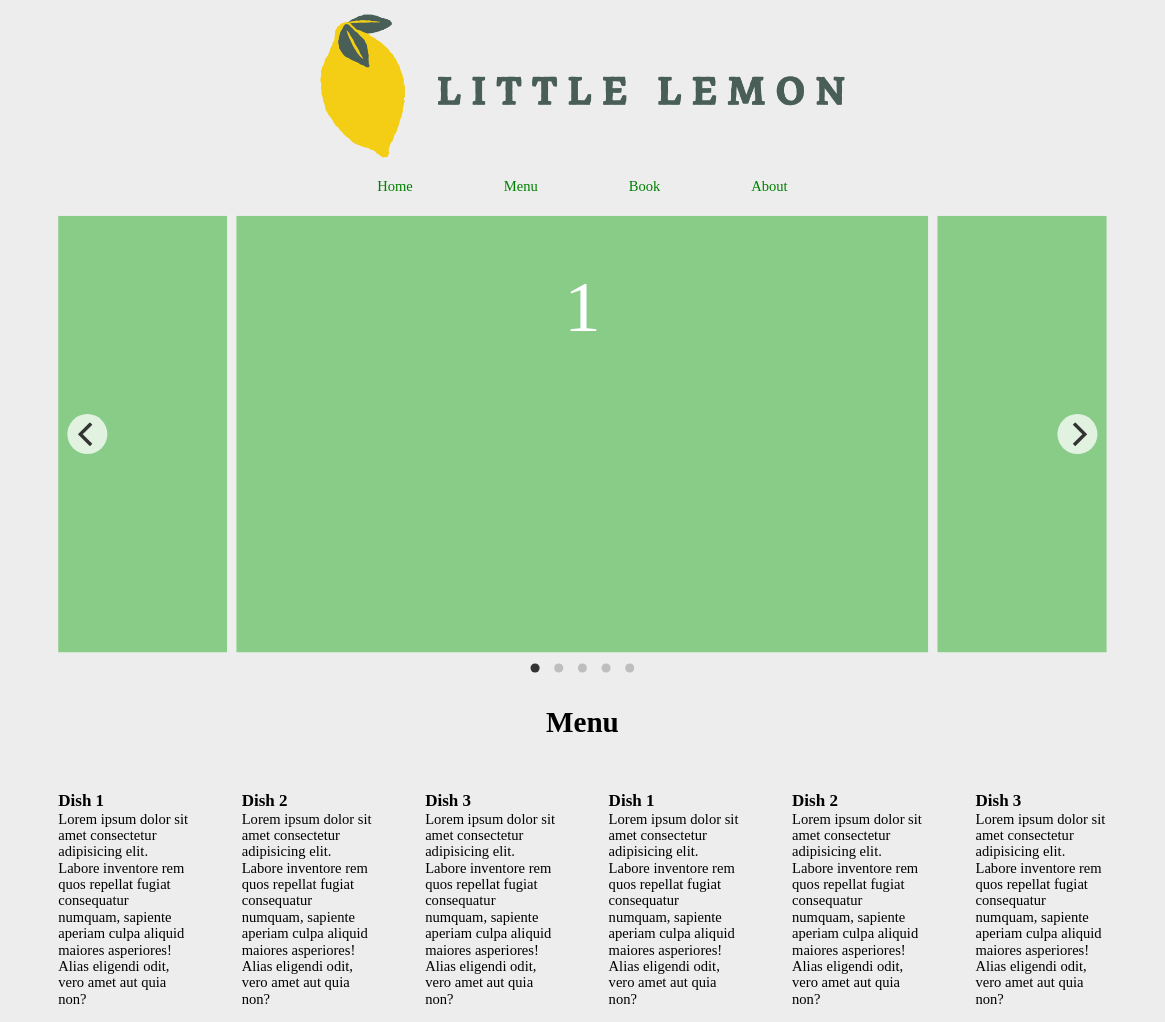
Repository: klone007/littleLemon
Page: index.html
These files come from the project's save history. The page is drawn as it stood at one moment and after the next save; the edit follows.
The browser window is 1280 px wide. The pictures show the whole page, at 91% of full size.

Above is the page before, as saved 2022-11-16 22:32:51.

After the next save:
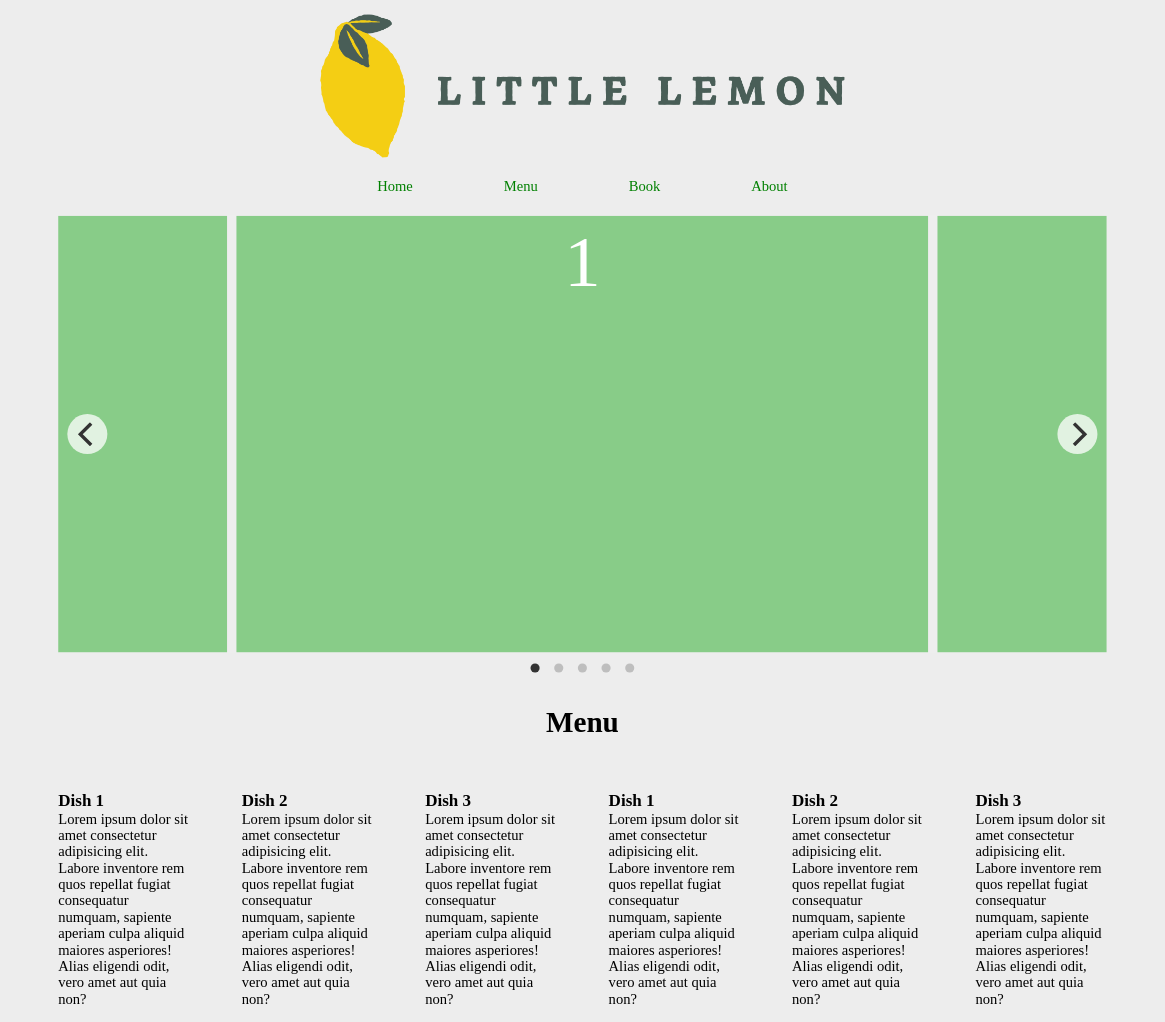
Saved 25 s later.
--- a/styles.css
+++ b/styles.css
@@ -75,7 +75,7 @@
     display: block;
     text-align: center;
     content: counter(gallery-cell);
-    line-height: 200px;
+    line-height: 100px;
     font-size: 80px;
     color: white;
   }

After the save that followed:
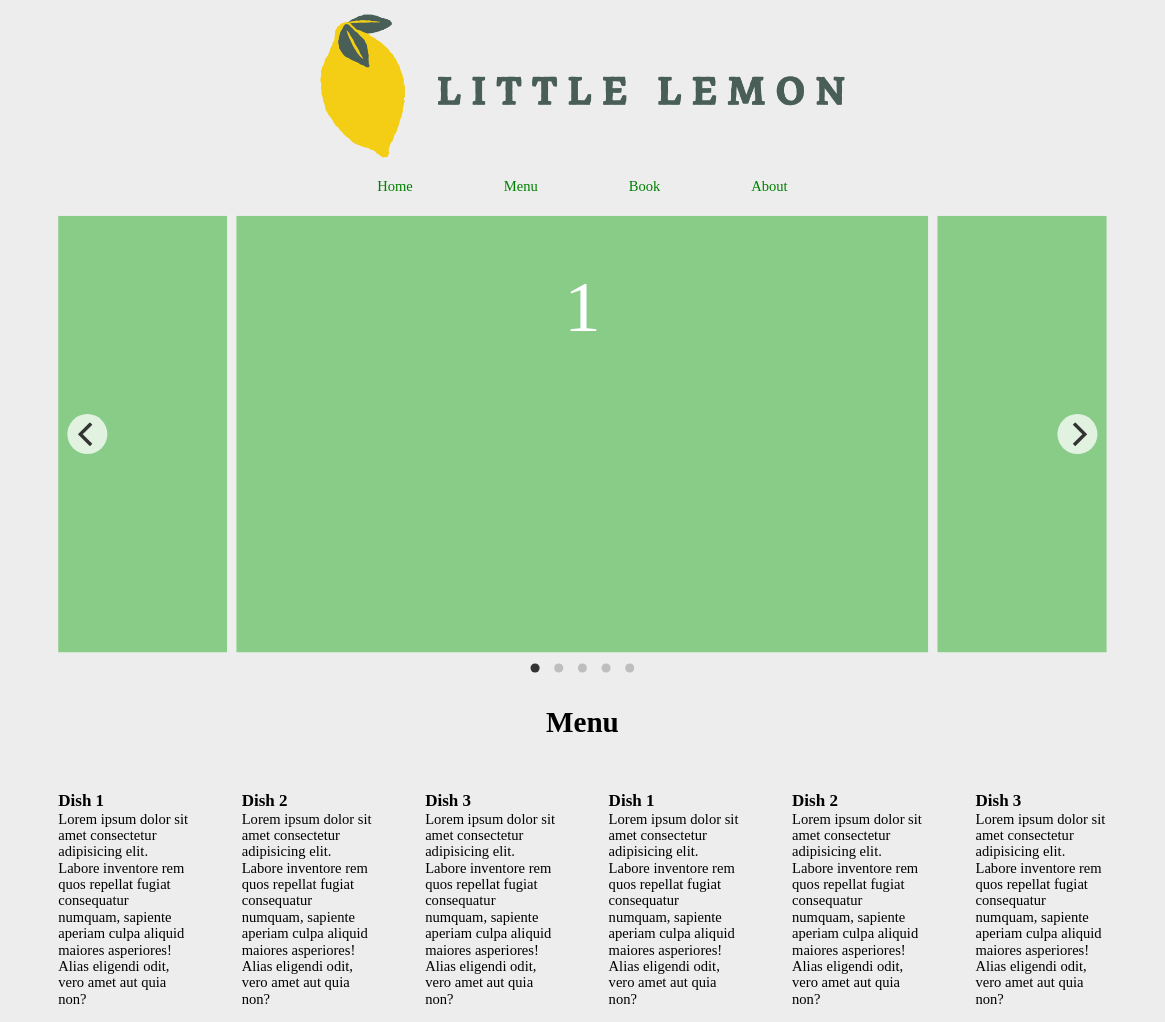
Saved 9 s later.
--- a/styles.css
+++ b/styles.css
@@ -75,7 +75,7 @@
     display: block;
     text-align: center;
     content: counter(gallery-cell);
-    line-height: 100px;
+    line-height: 200px;
     font-size: 80px;
     color: white;
   }
